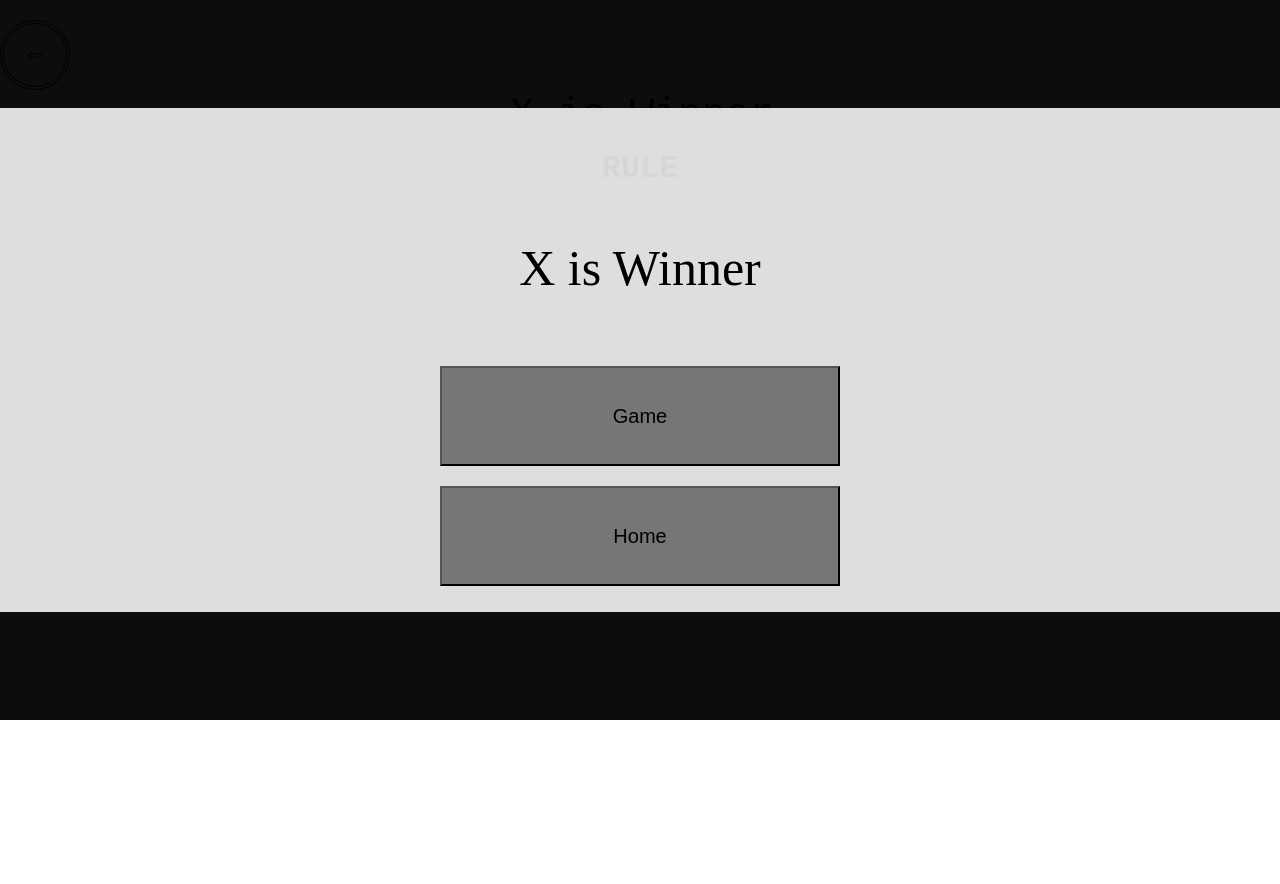
Repository: Mush-s/Folio-OX
Page: /tictactou
The author's editor kept a copy of each file at every save. The page is drawn from the files as they stood at one save, then again after the next save.
The browser window is 1280 px wide. The pictures show the whole page.
The project was rebuilt for these pictures with package versions that can differ from the ones it lists, and the page was loaded fresh each time. Also part of the build but not shown: src/NanMon/BeforeGame/BeforeGame.js, src/NanMon/Game/Character/Character.css, src/NanMon/Game/Player/Player.js, src/NanMon/AfterGame/AfterGame1.css, src/NanMon/AfterGame/AfterGame1.js, src/NanMon/Game/Correct/Correct.css, src/NanMon/Game/Correct/Correct.js, src/NanMon/Game/Character/Character.js and 6 more.

Above is the page before, as saved 2022-09-20 10:52:28.

After the next save:
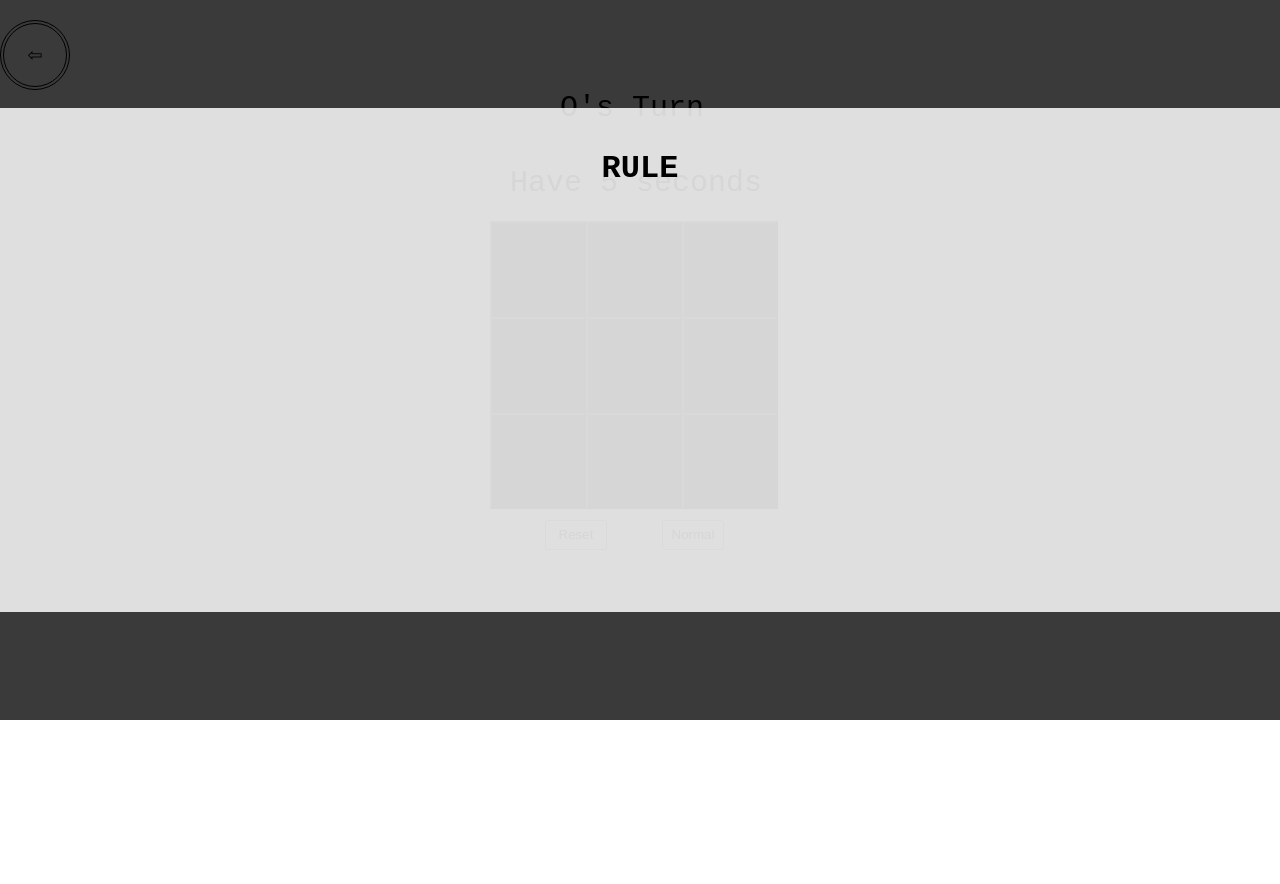
Saved 52 s later.
--- a/src/TicTacToe/Game/Game.js
+++ b/src/TicTacToe/Game/Game.js
@@ -54,9 +54,11 @@ const Game = () => {
   };
 
   useEffect(() => {
-    !gameOver && updataCount();
-    console.log(time);
-    return () => clearInterval(timer);
+    if (close) {
+      !gameOver && updataCount();
+      console.log(time);
+      return () => clearInterval(timer);
+    }
   });
 
   useEffect(() => {
